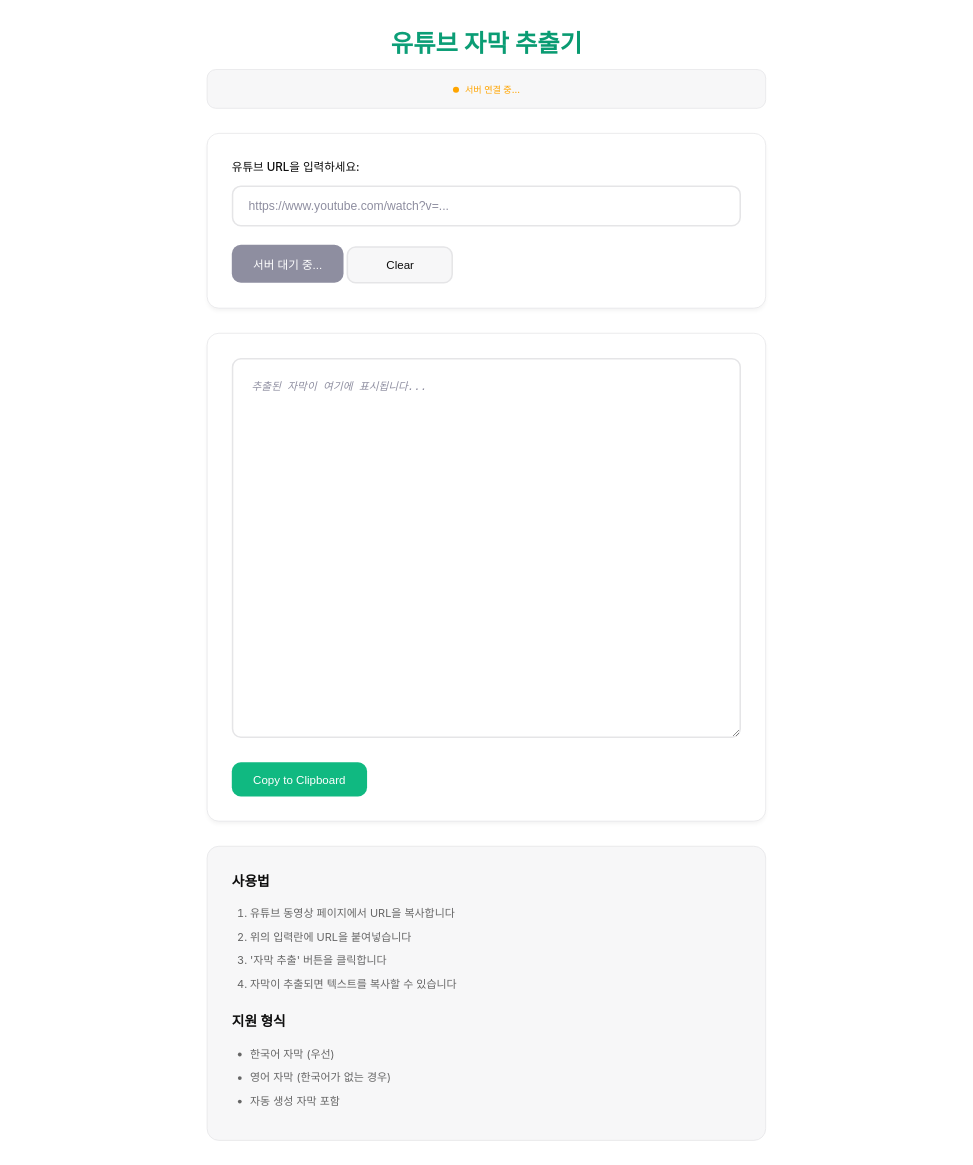
Repository: jaeu-choi/yt-transcript-extract
Page: Frontend/index.html
These files come from the project's save history. The page is drawn as it stood at one moment and after the next save; the edit follows.
The browser window is 1280 px wide. The pictures show the whole page, at 76% of full size.

Above is the page before, as saved 2025-06-13 22:55:27.

After the next save:
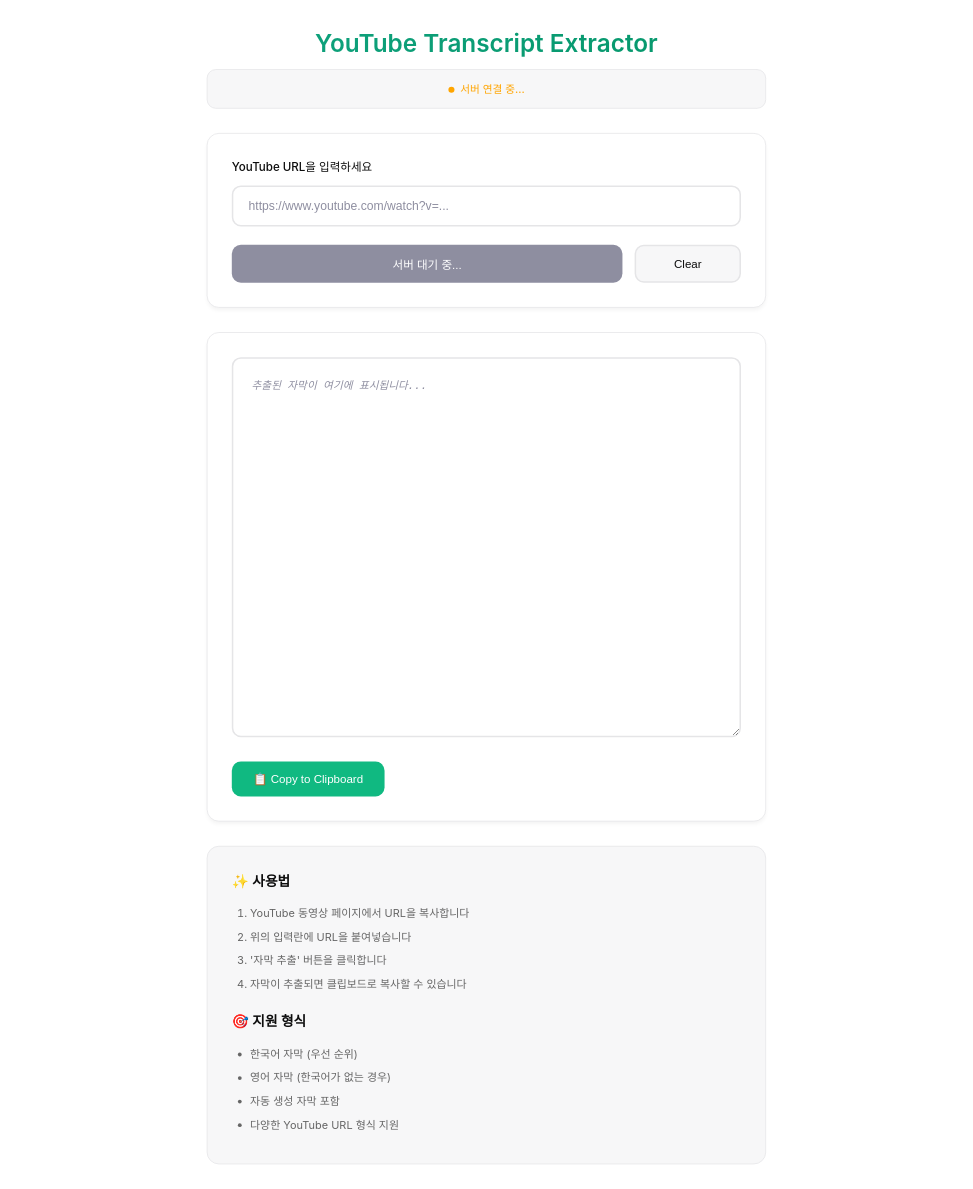
Saved 13 s later.
--- a/Frontend/index.html
+++ b/Frontend/index.html
@@ -3,30 +3,30 @@
   <head>
     <meta charset="UTF-8" />
     <meta name="viewport" content="width=device-width, initial-scale=1.0" />
-    <title>유튜브 자막 추출기</title>
+    <title>YouTube Transcript Extractor</title>
     <link rel="stylesheet" href="index.css" />
   </head>
   <body>
     <div class="container">
-      <h1>유튜브 자막 추출기</h1>
+      <h1>YouTube Transcript Extractor</h1>
 
       <!-- 서버 상태 표시 -->
       <div class="status-bar">
-        <span id="server-status" style="font-size: 12px; color: orange">
-          서버 연결 중...
-        </span>
+        <span id="server-status" style="color: orange"> 서버 연결 중... </span>
       </div>
 
       <div class="input-section">
-        <label for="url-input-form">유튜브 URL을 입력하세요:</label>
+        <label for="url-input-form">YouTube URL을 입력하세요</label>
         <input
           type="url"
           id="url-input-form"
           placeholder="https://www.youtube.com/watch?v=..."
           required
         />
-        <button id="submit-btn">자막 추출</button>
-        <button id="clear-btn">Clear</button>
+        <div class="button-group">
+          <button id="submit-btn">자막 추출</button>
+          <button id="clear-btn">Clear</button>
+        </div>
       </div>
 
       <!-- 로딩 표시 -->
@@ -43,25 +43,25 @@
           cols="100"
           placeholder="추출된 자막이 여기에 표시됩니다..."
         ></textarea>
-        <br />
-        <button onclick="copyToClipboard()">Copy to Clipboard</button>
+        <button onclick="copyToClipboard()">📋 Copy to Clipboard</button>
       </div>
 
       <!-- 사용법 안내 -->
       <div class="help-section">
-        <h3>사용법</h3>
+        <h3>✨ 사용법</h3>
         <ol>
-          <li>유튜브 동영상 페이지에서 URL을 복사합니다</li>
+          <li>YouTube 동영상 페이지에서 URL을 복사합니다</li>
           <li>위의 입력란에 URL을 붙여넣습니다</li>
           <li>'자막 추출' 버튼을 클릭합니다</li>
-          <li>자막이 추출되면 텍스트를 복사할 수 있습니다</li>
+          <li>자막이 추출되면 클립보드로 복사할 수 있습니다</li>
         </ol>
 
-        <h3>지원 형식</h3>
+        <h3>🎯 지원 형식</h3>
         <ul>
-          <li>한국어 자막 (우선)</li>
+          <li>한국어 자막 (우선 순위)</li>
           <li>영어 자막 (한국어가 없는 경우)</li>
           <li>자동 생성 자막 포함</li>
+          <li>다양한 YouTube URL 형식 지원</li>
         </ul>
       </div>
     </div>
